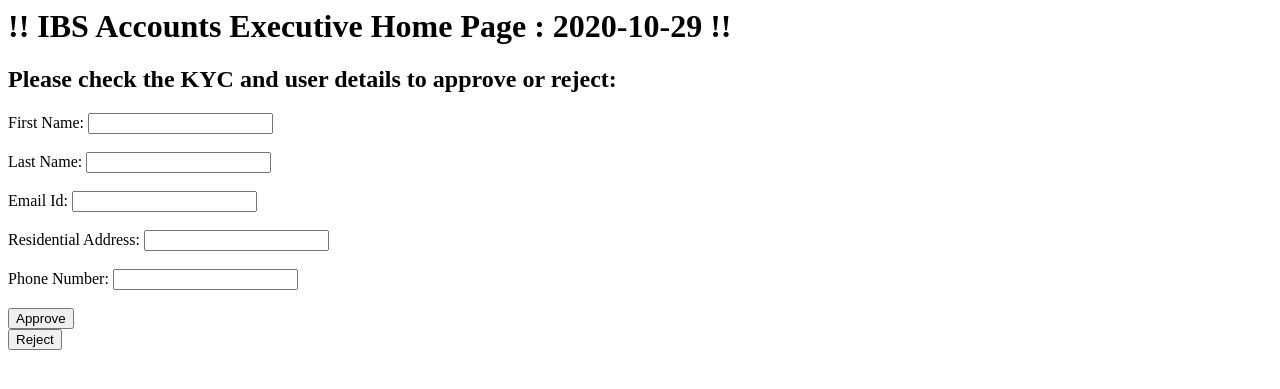
Repository: anik84/ibs
Page: http://localhost/IBS/ibs_accounts_executive_home_form.jsp
These files come from the project's save history. The page is drawn as it stood at one moment and after the next save; the edit follows.
The browser window is 1280 px wide. The pictures show the whole page.
The page is served by Tomcat 9.

Above is the page before, as saved 2020-10-29 16:17:18.

After the next save:
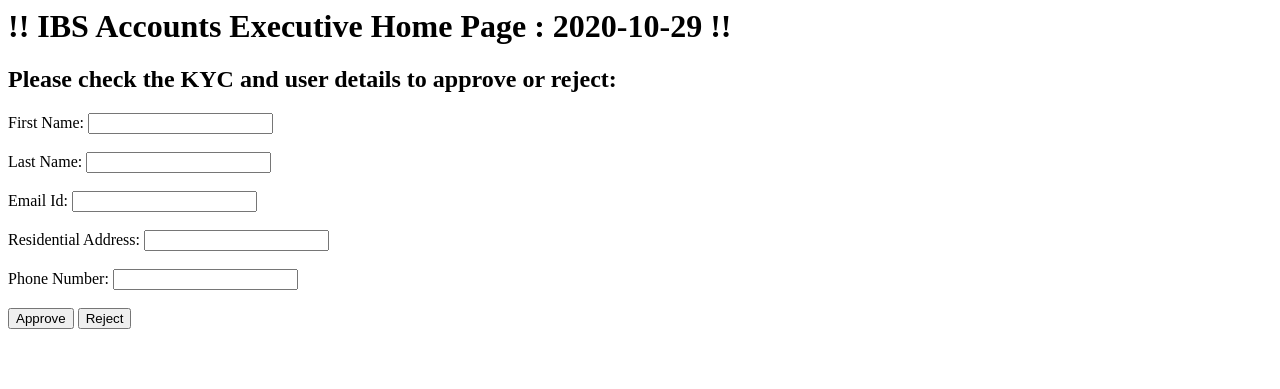
Saved 44 s later.
--- a/IBS_JSPs/IBS/WebContent/ibs_accounts_executive_home_form.jsp
+++ b/IBS_JSPs/IBS/WebContent/ibs_accounts_executive_home_form.jsp
@@ -38,8 +38,6 @@
 		<br />
 		<div>
 			<button>Approve</button>
-		</div>
-		<div>
 			<button>Reject</button>
 		</div>
 	</form>
